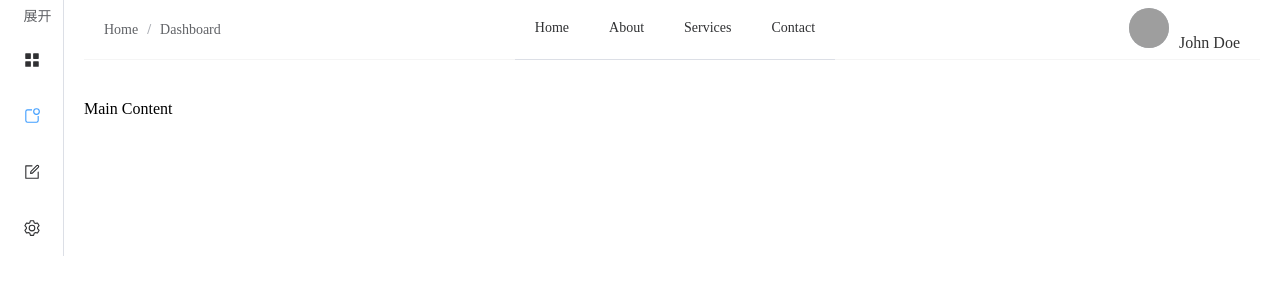
Repository: IsHexx/VerityX
Page: /home (app in front/)
The author's editor kept a copy of each file at every save. The page is drawn from the files as they stood at one save, then again after the next save.
The browser window is 1280 px wide. The pictures show the whole page.
Pictures or frames that could not be fetched are drawn as grey boxes. The project was rebuilt for these pictures with package versions that can differ from the ones it lists, and the page was loaded fresh each time. Also part of the build but not shown: front/vue.config.js, front/src/components/UserlLogin.vue.

Above is the page before, as saved 2024-10-09 09:59:14.

### front/src/App.vue
<template>
  <router-view></router-view>
</template>

<script>
export default {
  name: 'App',
};
</script>

<style>
*{
 margin:0;
 padding:0
}
</style>

### front/src/router/index.js
import { createRouter, createWebHistory } from 'vue-router';
import UserLogin from '@/components/UserlLogin.vue';
import HomePage from '@/views/HomePage.vue';


const routes = [
  {
    path: '/login',
    name: 'Login',
    component: UserLogin
  },
  {
    path: '/home',  // 新增的导航页面路由
    name: 'Home',
    component: HomePage
  }
];

const router = createRouter({
  history: createWebHistory(),
  routes
});

// 路由守卫，检查登录状态
router.beforeEach((to, from, next) => {
  const token = localStorage.getItem('token');
  if (to.matched.some(record => record.meta.requiresAuth) && !token) {
    next({ name: 'Login' });
  } else {
    next();
  }
});

export default router;

### front/src/store/index.js
import { createStore } from 'vuex';
import { login } from '@/api/auth';

export default createStore({
    state: {
        user: null,
        token: null,
    },
    mutations: {
        SET_USER(state, user) {
            state.user = user;
        },
        SET_TOKEN(state, token) {
            state.token = token;
        },
        LOGOUT(state) {
            state.user = null;
            state.token = null;
        }
    },
    actions: {
        async login({ commit }, credentials) {
            try {
                const response = await login(credentials);
                const { user, token } = response.data;
                commit('SET_USER', user);
                commit('SET_TOKEN', token);
                return true;
            } catch (error) {
                console.error('登录失败:', error);
                return false;
            }
        },
        logout({ commit }) {
            commit('LOGOUT');
        }
    }
});

### front/src/views/HomePage.vue
<template>
    <div class="common-layout">
      <el-container>
        <!-- 侧边栏 -->
        <el-aside class="fixed-aside">
          <common-aside></common-aside>
        </el-aside>

        <!-- 右侧内容，Header 和 Main 为上下布局 -->
        <el-container direction="vertical">
          <!-- Header 部分 -->
          <el-header>
            <!-- 引用 CommonHeader -->
            <common-header></common-header>
          </el-header>

          <!-- Main 部分 -->
          <el-main>
            Main Content
          </el-main>
        </el-container>
      </el-container>
    </div>
  </template>

  <script>
  import CommonHeader from "../components/CommonHeader.vue";
  import CommonAside from "../components/CommonAside.vue";

  export default {
    components: {
      CommonAside,
      CommonHeader,
    },
  };
  </script>

  <style scoped>
  .common-layout {
    height: 100vh; /* 设置整体布局占满整个视口高度 */
  }

  .fixed-aside {
    background-color: #ffffff;
    color: #333;
    height: calc(100vh);
    overflow-y: auto;
    width: auto;
    max-width: 200px;
    border-radius: 20px 0px 0px 20px;
  }

  .common-layout > .el-container {
    height: 100%;
  }



  .common-layout > .el-container > .el-container > .el-main {
    background-color: #fff;
    height: calc(100vh - 6%); /* Main 高度等于视口高度减去 Header 的高度 */
    margin-top: 20px;
    padding: 20px;
  }
  </style>

### front/src/api/auth.js
import axios from 'axios';

export function login(data) {
    return axios.post('/api/login', data);
}

### front/src/components/CommonHeader.vue
<template>
  <el-header class="header">
    <!-- 导航栏左侧内容 -->
    <div class="header-left">
      <el-breadcrumb separator="/">
        <el-breadcrumb-item>Home</el-breadcrumb-item>
        <el-breadcrumb-item>Dashboard</el-breadcrumb-item>
      </el-breadcrumb>
    </div>
    <!-- 中间的水平菜单 -->
    <el-menu mode="horizontal" :ellipsis="false"  class="horizontal-menu" >
      <el-menu-item index="1">Home</el-menu-item>
      <el-menu-item index="2">About</el-menu-item>
      <el-menu-item index="3">Services</el-menu-item>
      <el-menu-item index="4">Contact</el-menu-item>
    </el-menu>

    <!-- 导航栏右侧内容 -->
    <div class="header-right">
      <!-- 用户信息部分：头像 + 用户名 + 下拉菜单 -->
      <el-dropdown trigger="click">
        <span class="el-dropdown-link">
          <el-avatar src="https://www.example.com/user-avatar.jpg" size="40"></el-avatar>
          <span class="username">{{ username }}</span>
        </span>
        <template #dropdown>
          <el-dropdown-menu>
            <el-dropdown-item>Profile</el-dropdown-item>
            <el-dropdown-item>Settings</el-dropdown-item>
            <el-dropdown-item divided @click="logout">Logout</el-dropdown-item>
          </el-dropdown-menu>
        </template>
      </el-dropdown>
    </div>
  </el-header>
</template>

<script setup>
import { ref } from 'vue';

// 模拟用户名
const username = ref('John Doe');

// 模拟退出登录方法
const logout = () => {
  console.log('Logout clicked');
  // 在此处处理退出登录的逻辑
};
</script>

<style scoped>
.header {
  display: flex;
  justify-content: space-between;
  padding: 0 20px;
  background-color: #ffffff;
  border-bottom: #f5f5f5 1px solid;
  align-items: center;
}

.header-left {
  display: flex;
  align-items: center;
}

.header-right {
  display: flex;
  align-items: center;
}

.username {
  margin-left: 10px;
  font-size: 16px;
  color: #333;
}

.el-avatar {
  cursor: pointer;
}
</style>

### front/src/components/CommonAside.vue
<template>
  <div class="aside">
    <el-menu
      default-active="2"
      class="el-menu-vertical-demo"
      :collapse="isCollapse"
      @open="handleOpen"
      @close="handleClose"
    >
      <el-button
        :icon="isCollapse ? 'el-icon-arrow-right' : 'el-icon-arrow-down'"
        @click="toggleCollapse"
        style="width: 55px; border: 0px"
      >
        {{ isCollapse ? "展开" : "折叠" }}
      </el-button>
      <el-menu-item  index="1">
        <el-icon><House /></el-icon>
        <template #title>测试管理</template>
      </el-menu-item>
      <el-menu-item index="2">
        <el-icon><Notification /></el-icon>
        <template #title>接口测试</template>
      </el-menu-item>
      <el-menu-item index="3">
        <el-icon><Edit /></el-icon>
        <template #title>UI测试</template>
      </el-menu-item>
      <el-menu-item index="4">
        <el-icon><setting /></el-icon>
        <template #title>系统设置</template>
      </el-menu-item>
    </el-menu>
  </div>
</template>

  <script  setup>
import { ref } from "vue";
import {
  Menu as House,
  Edit,
  Notification,
  Setting,
} from "@element-plus/icons-vue";

const isCollapse = ref(true);

const toggleCollapse = () => {
  isCollapse.value = !isCollapse.value;
};
const handleOpen = (key) => {
  console.log(key);
};
const handleClose = (key) => {
  console.log(key);
};
</script>

  <style>
.aside {
  background-color: #ffffff;
}
.el-menu-vertical-demo:not(.el-menu--collapse) {
  width: 100%;
  height: 100%; /* 确保菜单占据整个父容器高度 */
  /*overflow-y: clip; !* 使菜单内容滚动 *!*/
  /* min-height: 400px; */
  background-color: #ffffff;
}
</style>

Loaded but not shown: front/public/index.html (common file); front/src/main.js (common file)

After the next save:
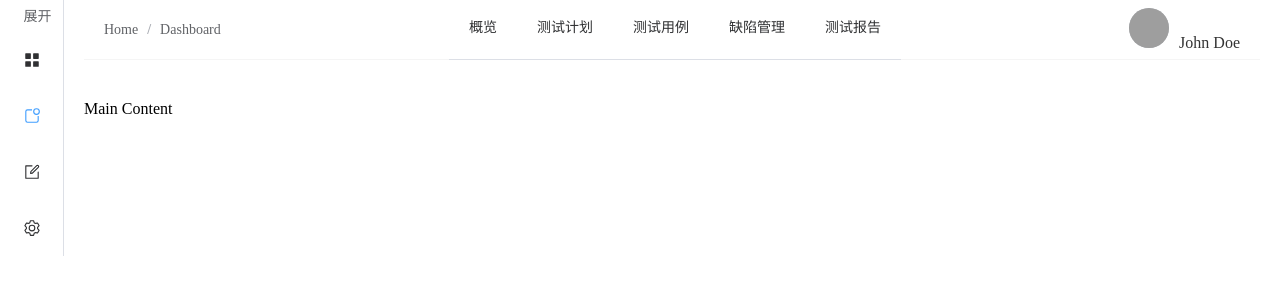
Saved 6 h 21 min later.
--- a/front/src/components/CommonHeader.vue
+++ b/front/src/components/CommonHeader.vue
@@ -9,10 +9,11 @@
     </div>
     <!-- 中间的水平菜单 -->
     <el-menu mode="horizontal" :ellipsis="false"  class="horizontal-menu" >
-      <el-menu-item index="1">Home</el-menu-item>
-      <el-menu-item index="2">About</el-menu-item>
-      <el-menu-item index="3">Services</el-menu-item>
-      <el-menu-item index="4">Contact</el-menu-item>
+      <el-menu-item index="1">概览</el-menu-item>
+      <el-menu-item index="2">测试计划</el-menu-item>
+      <el-menu-item index="3">测试用例</el-menu-item>
+      <el-menu-item index="4">缺陷管理</el-menu-item>
+      <el-menu-item index="4">测试报告</el-menu-item>
     </el-menu>
 
     <!-- 导航栏右侧内容 -->
